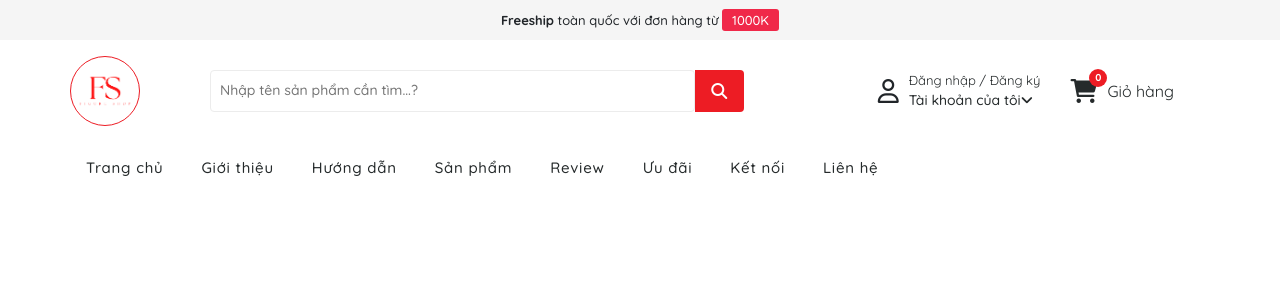
Repository: hayashi13597/ES6_ASM
Page: ASM1/index.html
These files come from the project's save history. The page is drawn as it stood at one moment and after the next save; the edit follows.
The browser window is 1280 px wide. The pictures show the whole page.
The style sheet was rebuilt from its Sass, Less or Tailwind sources for each picture, by a compiler version that may differ from the author's.

Above is the page before, as saved 2023-01-11 16:14:00.

After the next save:
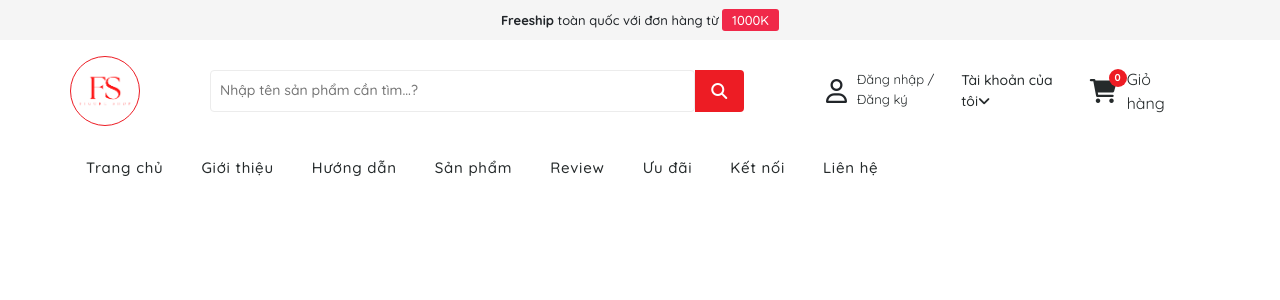
Saved 97 s later.
--- a/ASM1/index.html
+++ b/ASM1/index.html
@@ -51,7 +51,7 @@
             <div class="user-icon">
               <i class="fa-regular fa-user"></i>
             </div>
-            <div class="user-text">
+            <div class="user-text d-lg-flex">
               <div class="user-text--up">
                 <a>Đăng nhập</a> /
                 <a>Đăng ký</a>

After the 2 saves that followed:
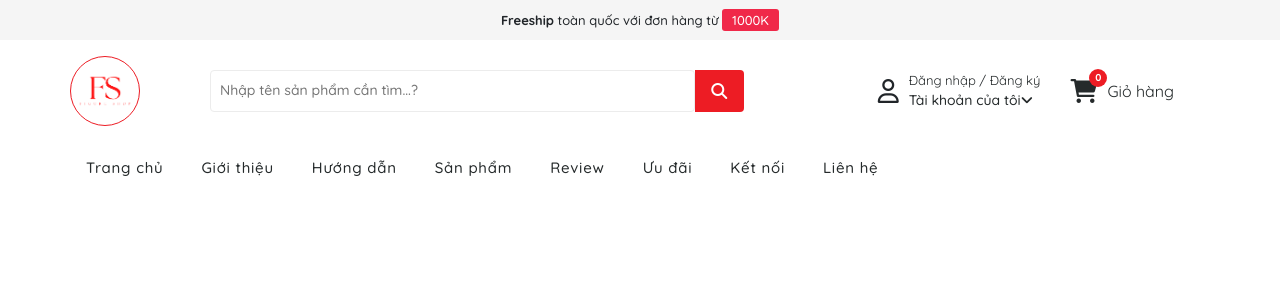
The 2 saves are shown as one change because 1 left the picture as it was.
The last was saved 24 s later.
--- a/ASM1/index.html
+++ b/ASM1/index.html
@@ -51,7 +51,7 @@
             <div class="user-icon">
               <i class="fa-regular fa-user"></i>
             </div>
-            <div class="user-text d-lg-flex">
+            <div class="user-text d-lg-block d-none">
               <div class="user-text--up">
                 <a>Đăng nhập</a> /
                 <a>Đăng ký</a>
